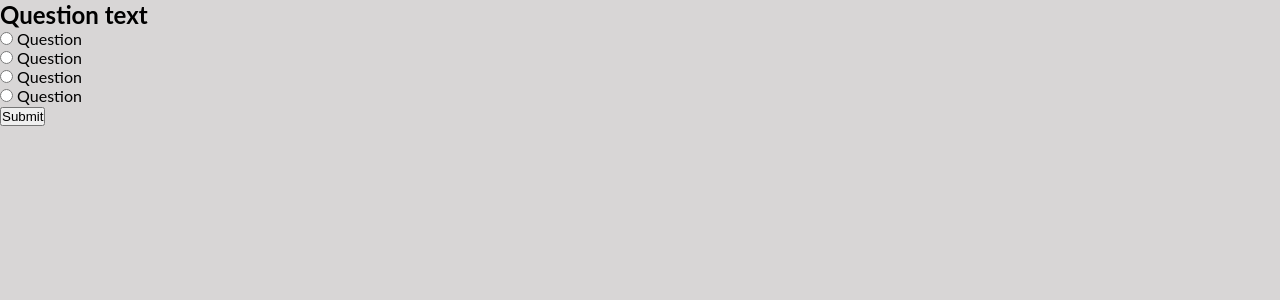
Repository: PratypartyY2K/JavaScript-Projects
Page: Quiz-App/index.html
These files come from the project's save history. The page is drawn as it stood at one moment and after the next save; the edit follows.
The browser window is 1280 px wide. The pictures show the whole page.

Above is the page before, as saved 2021-07-04 09:04:11.

### Quiz-App/index.html
<!DOCTYPE html>
<html lang="en">

<head>
    <meta charset="UTF-8">
    <meta http-equiv="X-UA-Compatible" content="IE=edge">
    <meta name="viewport" content="width=device-width, initial-scale=1.0">
    <title>Quiz App</title>
    <link rel="stylesheet" href="styles.css">
    <script src="script.js" defer></script>
</head>

<body>
    <div class="quiz-container" id="quiz">
        <div class="quiz-header">
            <h2 id="question">Question text</h2>
            <ul>
                <li>
                    <input type="radio" id="a" name="answer" class="answer" />
                    <label id="a_text" for="a">Question</label>
                </li>
                <li>
                    <input type="radio" id="b" name="answer" class="answer" />
                    <label id="b_text" for="b">Question</label>
                </li>
                <li>
                    <input type="radio" id="c" name="answer" class="answer" />
                    <label id="c_text" for="c">Question</label>
                </li>
                <li>
                    <input type="radio" id="d" name="answer" class="answer" />
                    <label id="d_text" for="d">Question</label>
                </li>
            </ul>
        </div>
        <button id="submit">Submit</button>
    </div>
</body>
</html>

### Quiz-App/styles.css
* {
    margin: 0;
    padding: 0;
    box-sizing: border-box;
}

body {
    background: rgb(216, 214, 214);
    font-family: "Lato", sans-serif;
}

### Quiz-App/script.js
const quizData = [
  {
    question: "What is 10 + 4?",
    a: "12",
    b: "14",
    c: "16",
    d: "140",
    correct: "c",
  },
  {
    question: "What is 20 - 9?",
    a: "7",
    b: "13",
    c: "11",
    d: "29",
    correct: "c",
  },
  {
    question: "What is 7 x 3?",
    a: "21",
    b: "24",
    c: "25",
    d: "20",
    correct: "a",
  },
  {
    question: "What is 8 / 2?",
    a: "10",
    b: "2",
    c: "4",
    d: "6",
    correct: "c",
  },
  {
    question: "What is 8 ^ 2?",
    a: "8",
    b: "2",
    c: "64",
    d: "16",
    correct: "c",
  },
];

After the next save:
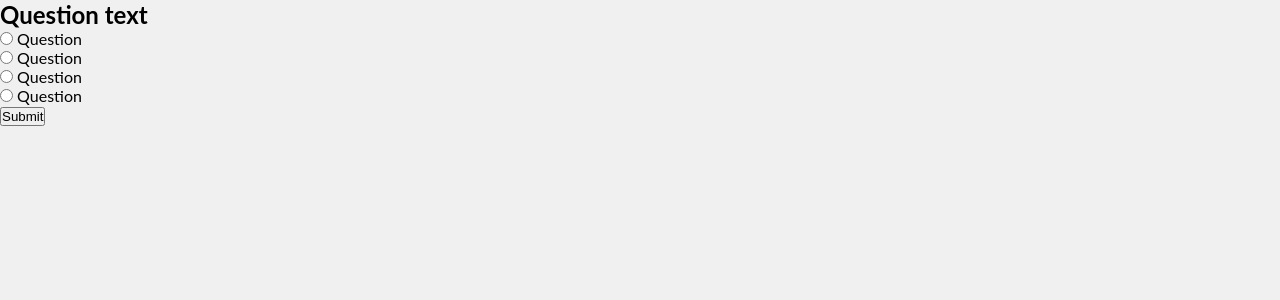
Saved 5 s later.
--- a/Quiz-App/styles.css
+++ b/Quiz-App/styles.css
@@ -5,6 +5,6 @@
 }
 
 body {
-    background: rgb(216, 214, 214);
+    background: rgb(241, 240, 240);
     font-family: "Lato", sans-serif;
 }
